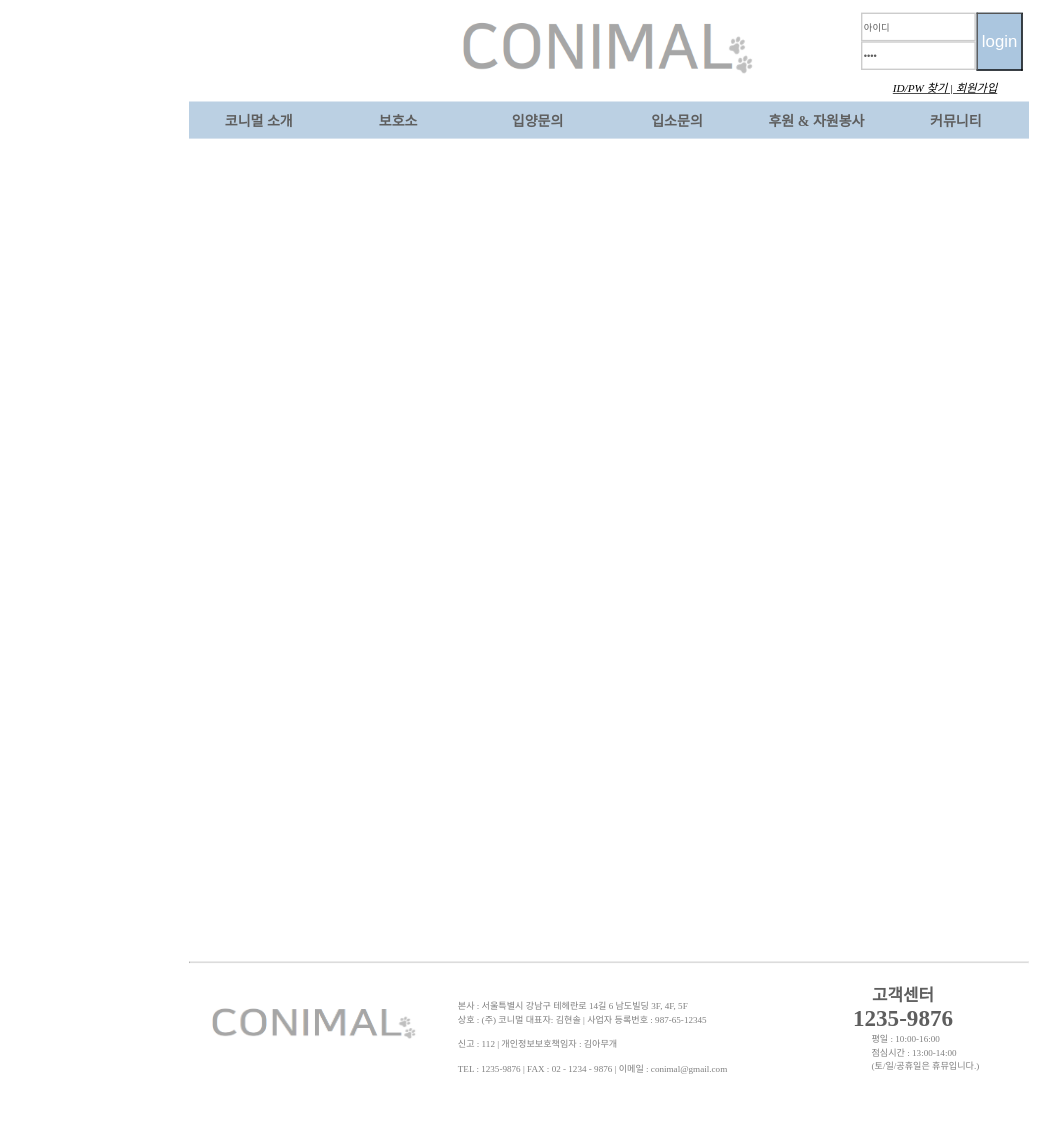
Repository: rlagusthf12/SemiProject
Page: http://localhost/jspProject/
The author's editor kept a copy of each file at every save. The page is drawn from the files as they stood at one save, then again after the next save.
The browser window is 1280 px wide. The page is 1495 px wide, then 1280 px, so the pictures cover 1495 px, including what lies to the right of the window. The pictures show the whole page, at 70% of full size.
The page is served by Tomcat 9.

Above is the page before, as saved 2021-05-10 14:56:03.

After the next save:
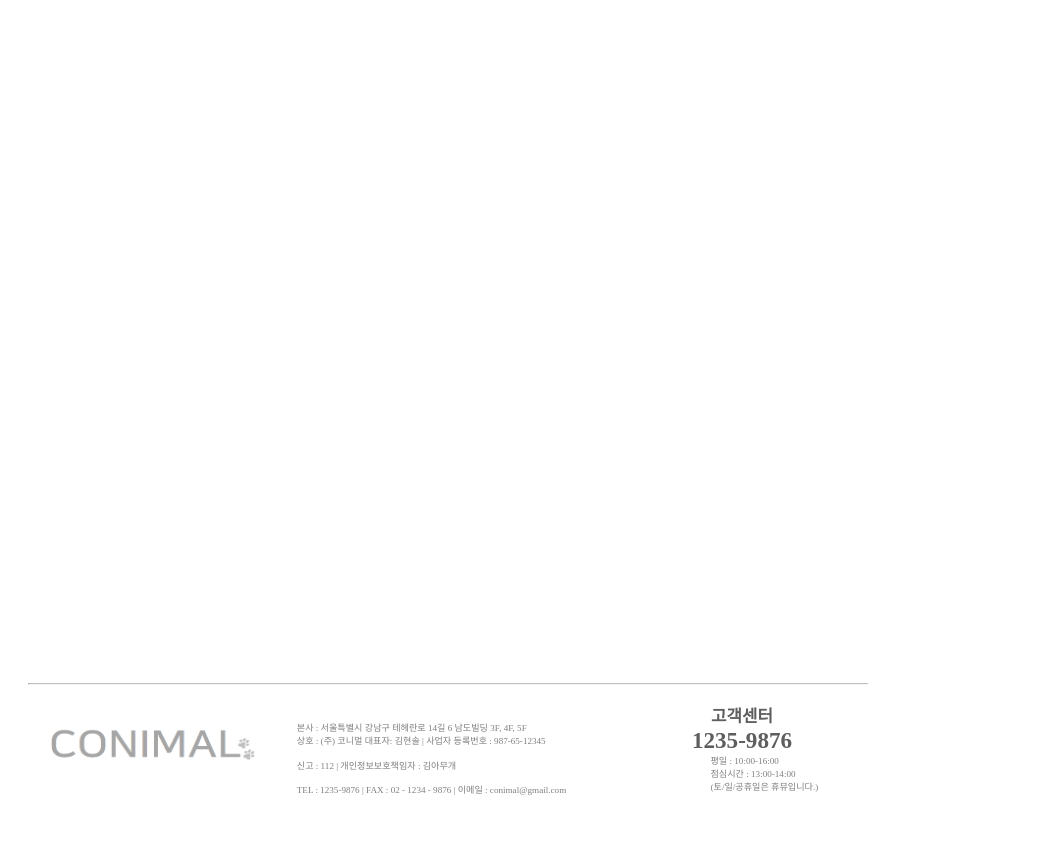
Saved 85 s later.
--- a/semiproject/jspProject/WebContent/views/common/mainPage.jsp
+++ b/semiproject/jspProject/WebContent/views/common/mainPage.jsp
@@ -12,10 +12,11 @@
   .main{
         width: 1200px;
         height: 1600px;
-        position:absolute;
-
-  		left:25%;
-  		margin:-50px 0 0 -50px;
+         position:absolute;
+  top:50%;
+  left:50%;
+
+  transform:translate(-50%, -50%)
 
     }
 
